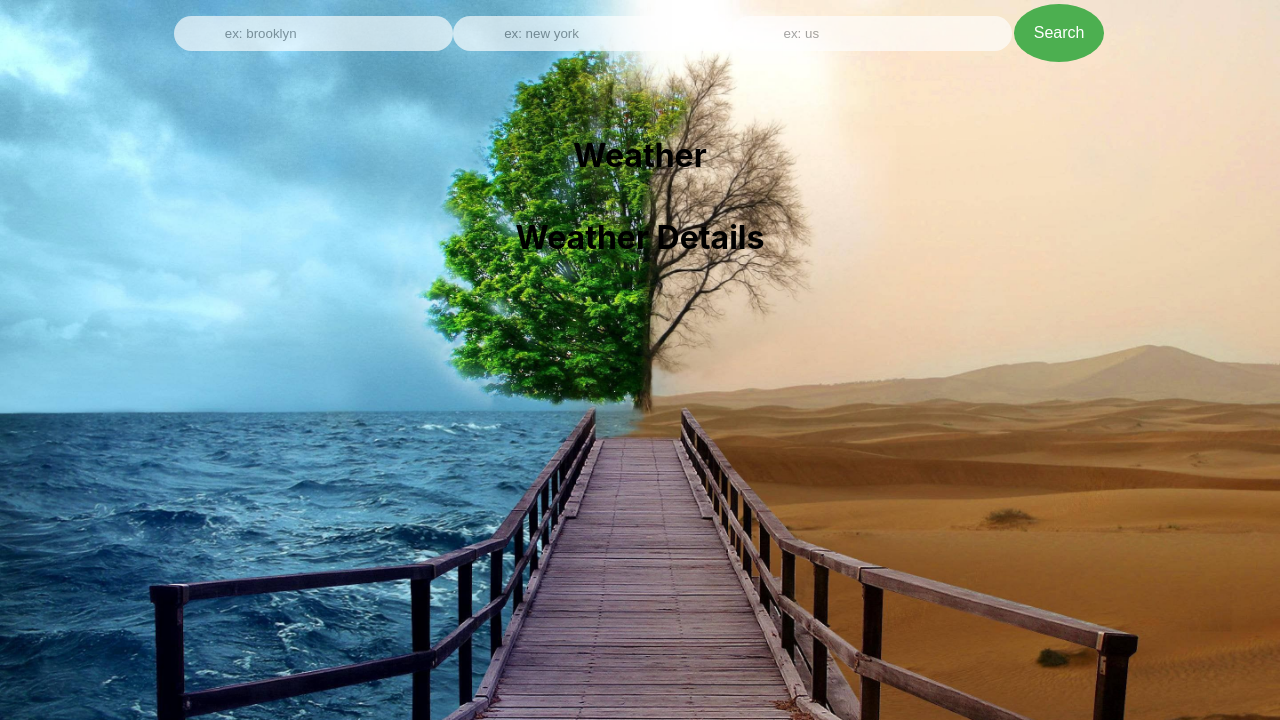
Repository: Mohsin231/Weather_App
Page: /
These files come from the project's save history. The page is drawn as it stood at one moment and after the next save; the edit follows.
The browser window is 1280 px wide. The pictures show the whole page.
The project was rebuilt for these pictures with package versions that can differ from the ones it lists, and the page was loaded fresh each time.

Above is the page before, as saved 2021-01-25 04:23:45.

After the next save:
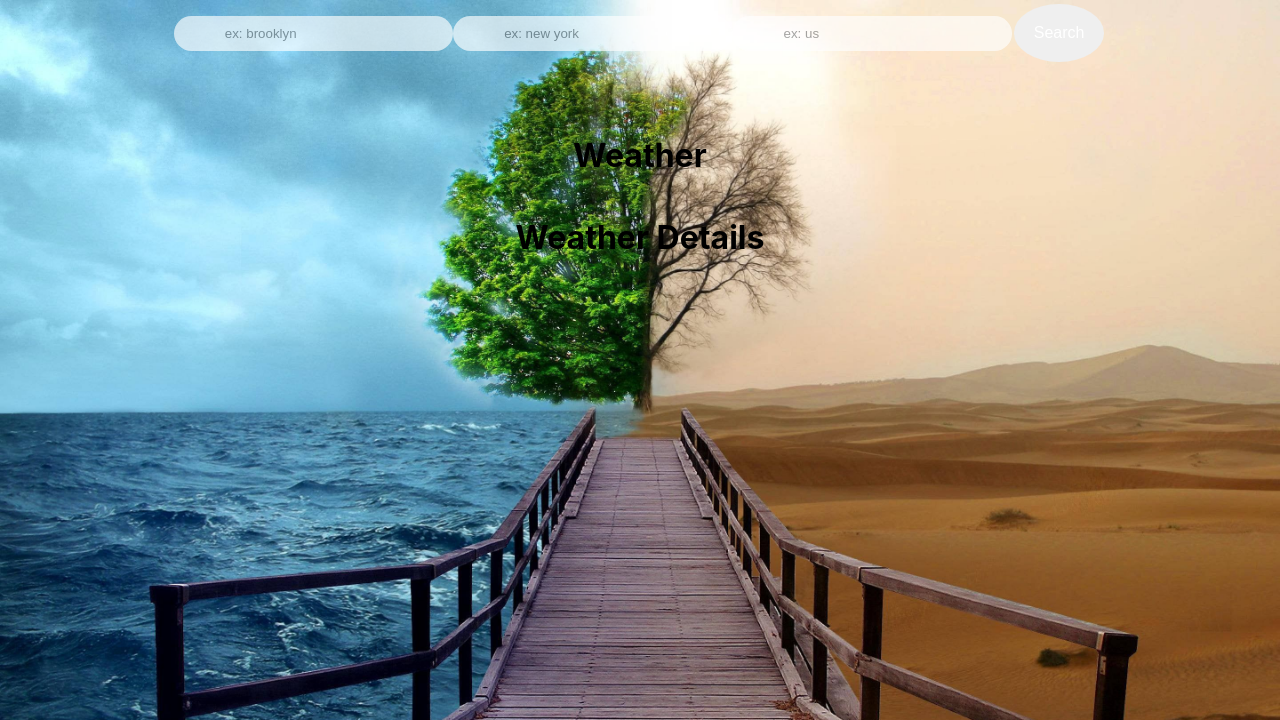
Saved 18 s later.
--- a/src/SearchForm.css
+++ b/src/SearchForm.css
@@ -7,7 +7,7 @@
     opacity: 0.65;
 }
 .button {
-    background-color: #4CAF50;
+    background-colorblue;;
     border: none;
     color: white;
     padding: 20px;
